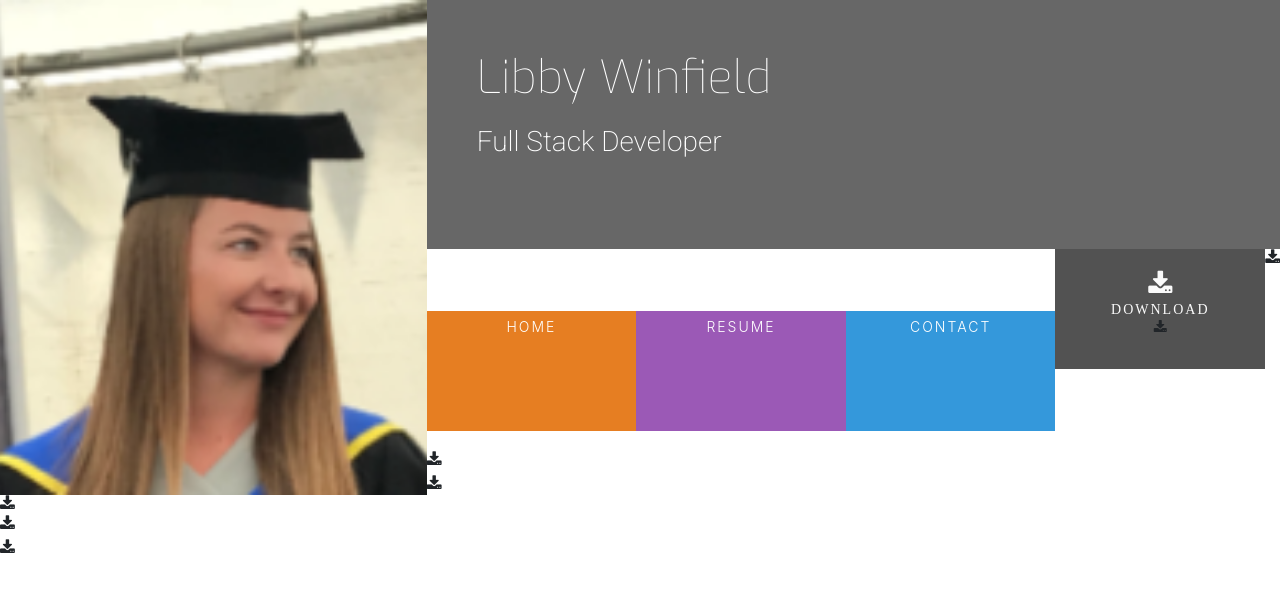
Repository: LibbyWin/CV
Page: index.html
The author's editor kept a record of every edit. The page is drawn from the files as they stood at one moment, then again after the next edit.
The browser window is 1280 px wide. The pictures show the whole page.

Above is the page before.

### index.html
<!DOCTYPE html>
<html lang="en">
<head>
    <meta charset="UTF-8">
    <meta name="viewport" content="width=device-width, initial-scale=1.0">
    <meta http-equiv="X-UA-Compatible" content="ie=edge">
    <link rel="stylesheet" href="https://stackpath.bootstrapcdn.com/bootstrap/4.3.1/css/bootstrap.min.css" type="text/css" />
    <link rel="stylesheet" href="https://stackpath.bootstrapcdn.com/font-awesome/4.7.0/css/font-awesome.min.css" type="text/css" />
    <link rel="stylesheet" href="assets/css/style.css" type="text/css" />
    <title>Libby</title>
    <style>
   @import url('https://fonts.googleapis.com/css?family=Exo&display=swap');
    </style>
</head>
<body>
    <header>
        <div class="row no-gutters">
            <a href="index.html" class="col-md-4 logo">

            </a>
            <div class="col-md-8">
                <div class="row no-gutters bg-color-name-title">
                    <div class="col heading">
                        <h1 class="name">Libby Winfield</h1>
                        <h2 class="title">Full Stack Developer</h2>

                    </div>
                </div>
                <div class="row no-gutters">
                    <div class="col">
                        <ul id="nav" class="list-inline menucontainer">
                            <li class="col-6 col-sm-3 ui-menu-color-home list-inline-item menuitem">
                                <a href="#"></i><span>Home</span></a>
                            </li>
                            <li class="col-6 col-sm-3 ui-menu-color-resume list-inline-item menuitem">
                                <a href="#"><span>Resume</span></a>
                            </li>
                            <li class="col-6 col-sm-3 ui-menu-color-contact list-inline-item menuitem">
                                <a href="#"><span>Contact</span></a>
                            </li>
                            <li class="col-6 col-sm-3 ui-menu-color-download list-inline-item menuitem">
                                <a href="#"><i class="fa fa-download" aria-hidden_"true"><span>Download</span></a>
                            </li>
                        </ul>
                    </div>
                </div>


            </div>
        </div>
    </header>
    <section>

    </section>
    <footer>

    </footer>

</body>
</html>

### assets/css/style.css
@import url('https://fonts.googleapis.com/css?family=Roboto:100,200,300,400,500,600,700|Exo:100,200,300,400,500,600,700');

/*--------------------------------------------Colors*/

.bg-color-name-title {
    background-color: #676767;
}

.ui-menu-color-home {
    background-color: #e67e22;
}

.ui-menu-color-resume {
    background-color: #9b59b6;
}

.ui-menu-color-contact {
    background-color: #3498db;
}

.ui-menu-color-download {
    background-color: #525252;
}

/*--------------------------------------------Heading*/

header {
    margin: 0;
}

.heading {
    margin-left: 50px;
}

.logo {
    background: url("../images/IMG_1027.JPG");
    background-position: center;
    background-repeat: no-repeat;
    background-size: cover;
    min-height: 360px;
    transition: all .5s ease-in-out;
    -moz-transition: all .5s ease-in-out;
    -webkit-transition: all .5s ease-in-out;
}

.name {
    font-family: "Exo", sans-serif;
    font-weight: 100;
    font-size: 46px;
    margin-top: 50px;
    color: #fff;
}

.title {
    font-family: "Roboto", sans-serif;
    font-weight: 200;
    font-size: 28px;
    margin-top: 20px;
    margin-bottom: 90px;
    color: #fff;
}

.list-inline-item:not(:last-child) {
    margin: 0;
}

.menucontainer {
    font-size: 0;
}

#nav li {
    font-size: 14px;
    padding: 0;
}

.menuitem {
    height: 120px;
    text-align: center;
    padding: 0;
}

.menuitem a {
    width: 100%;
    text-decoration: none;
    color: #fff;
    height: 120px;
}

.menuitem a i {
    padding-top: 22px;
    display: block;
    color: #fafafa;
    font-size: 26px;
}

.menuitem span {
    display: block;
    width: 100%;
    padding-top: 5px;
    text-align: center;
    text-transform: uppercase;
    font-size: 14px;
    font-weight: 300;
    letter-spacing: 2px;
}

After the next edit:
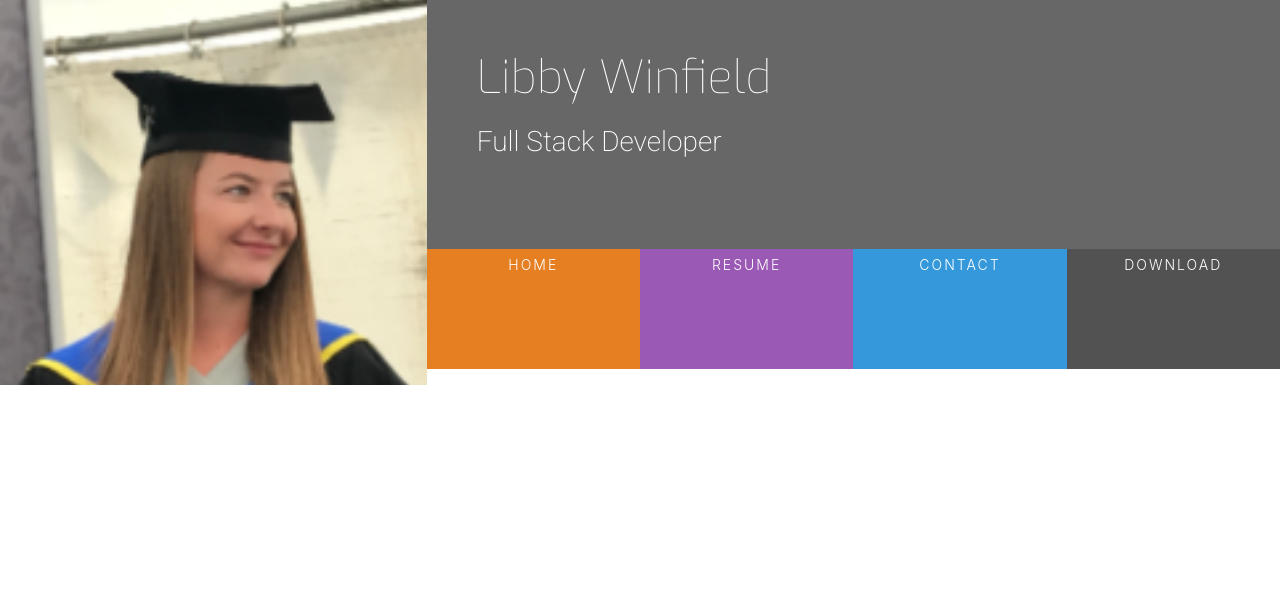
The edit:
--- a/index.html
+++ b/index.html
@@ -39,7 +39,7 @@
                                 <a href="#"><span>Contact</span></a>
                             </li>
                             <li class="col-6 col-sm-3 ui-menu-color-download list-inline-item menuitem">
-                                <a href="#"><i class="fa fa-download" aria-hidden_"true"><span>Download</span></a>
+                                <a href="#"><span>Download</span></a>
                             </li>
                         </ul>
                     </div>
